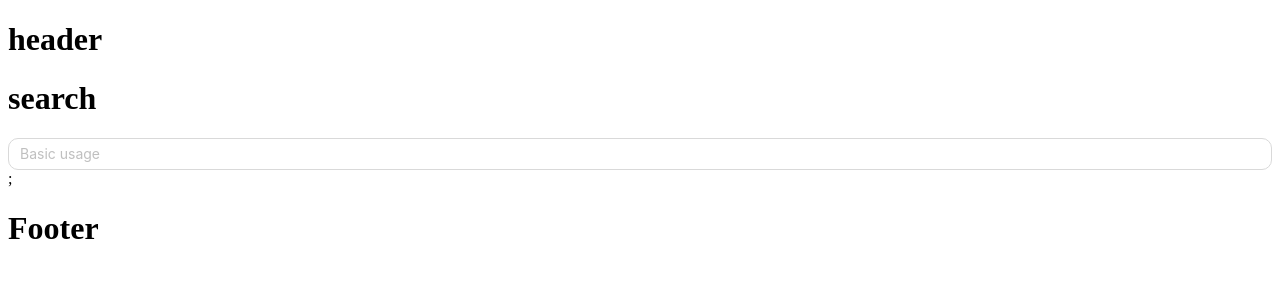
Repository: atefshamsi/atef-250-film
Page: /search
These files come from the project's save history. The page is drawn as it stood at one moment and after the next save; the edit follows.
The browser window is 1280 px wide. The pictures show the whole page.
The project was rebuilt for these pictures with package versions that can differ from the ones it lists, and the page was loaded fresh each time. Also part of the build but not shown: vite.config.js, src/global.css.

Above is the page before, as saved 2025-11-13 14:59:20.

After the next save:
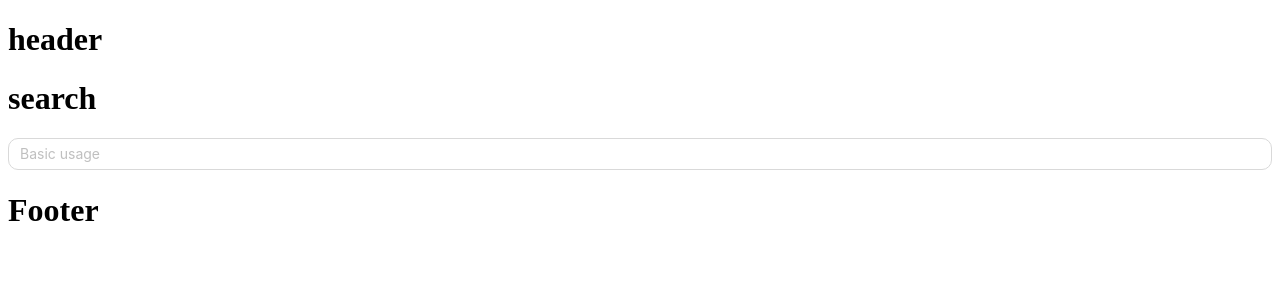
Saved 24 s later.
--- a/src/pages/search.jsx
+++ b/src/pages/search.jsx
@@ -35,7 +35,7 @@ export default function SearchPage() {
   return (
     <Fragment>
       <h1>search</h1>
-      <Input onPressEnter={onChange} placeholder="Basic usage" />;
+      <Input onPressEnter={onChange} placeholder="Basic usage" />
       {foundedMovies.data.map(({ title, poster }) => {
         return (
           <Fragment>
